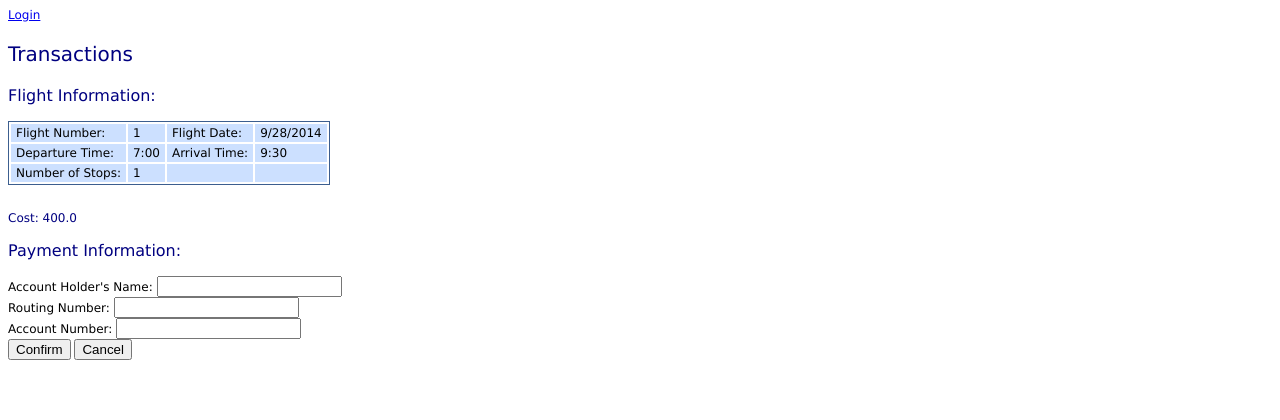
Repository: jliu9000/CSE-464---Flight-Pages
Page: http://localhost/HW1/Transaction.jsp
The author's editor kept a copy of each file at every save. The page is drawn from the files as they stood at one save, then again after the next save.
The browser window is 1280 px wide. The pictures show the whole page.
The page is served by Tomcat 9. Other server files are loaded and not shown.

Above is the page before, as saved 2014-09-21 09:20:07.

### HW1/WebContent/Transaction.jsp
<%@ page language="java" contentType="text/html; charset=ISO-8859-1"
    pageEncoding="ISO-8859-1"%>
<!DOCTYPE html PUBLIC "-//W3C//DTD HTML 4.01 Transitional//EN" "http://www.w3.org/TR/html4/loose.dtd">
<html>
<head>
<%@ page import="flight.bizlogic.*"%>
<meta http-equiv="Content-Type" content="text/html; charset=ISO-8859-1">
<link rel="stylesheet" type="text/css" href="FlightStyles.css">
<title>Transaction</title>
</head>

<body>

<a id="login" href="/login.jsp">
<%=session.getAttribute("nUserID") != null ? "Logout" : "Login"%>
</a>

<%
	RecordFactory records = new RecordFactory(1);
	FlightRecord r = records.TestRecord();
%>

<p class='PageTitle'>Transactions</p>
<p class='subheading'>Flight Information:</p>
<table>
	<tr>
		<td>Flight Number: </td><td><%=r.getID() %></td>
		<td>Flight Date: </td><td><%=r.getDateOfTravel() %></td>
	</tr>
	<tr>
		<td>Departure Time:</td><td><%=r.getDepartureTime() %></td>
		<td>Arrival Time:</td><td><%=r.getArrivalTime() %></td>
	</tr>
	<tr>
		<td>Number of Stops:</td><td><%=r.getNumberOfStops() %></td>
		<td></td><td></td>
	</tr>
</table>
<br>
<p>Cost: <%=r.getCost() %></p>

<p class='subheading'>Payment Information:</p>


<div>
	<form action='TransactionConfirmation.jsp' method=post>
		Account Holder's Name: <input type="text" name="sAcctName">
		<br>
		Routing Number: <input type="text" name="nRoutingNumber">
		<br>
		Account Number: <input type="text" name="nAccountNumber">
		<br>
		<input type="submit" value="Confirm"></input>
		<a href="FlightSearch.jsp"><button>Cancel</button></a>
	</form>

</div>






</body>





</html>

### HW1/src/flight/bizlogic/RecordFactory.java
package flight.bizlogic;
import java.util.ArrayList;



public class RecordFactory {
	//Master list
	private ArrayList<FlightRecord> oRecordsList;
	private int nTotalRecords;

	//Lists for record generation
	private String sListOfLocations[] = {"New York City, New York","Dallas, Texas","Sacramento, California",
			"Chicago, Illinois","Lincoln, Nebraska","Denver, Colorado","Atlanta, Georgia"};
	private int sListOfYears[] ={2014,2015,2016};
	private String sListOfClass[] ={"First Class", "Business", "Economy"};

	//Static test record
	private FlightRecord _oTestRecord = new FlightRecord(1, "Lincoln, NE", "Baltimore, MD", "9/28/2014", 52, "First Class",
			"7:00", "9:30", 1, 400.00);

	public RecordFactory(int nTotalRecords){

		//use nTotalRecords <= 0 for a random number of 1 to 50 records
		if (nTotalRecords <= 0){
			this.nTotalRecords = (int) Math.round(Math.random() * 49) + 1;
		}else{
			this.nTotalRecords = nTotalRecords;
		}

		oRecordsList = new ArrayList<FlightRecord>();

	}

	public void generateRecords(){

		for (int i = 0; i<= nTotalRecords; i++){
			oRecordsList.add(getSingleRecord());
		}

	}

	public FlightRecord getSingleRecord(){
		String sFormatedMonth;
		int nYear, nMonth, nDay, nSeats, nClass, nSource, nDestination, nID;

		nMonth = (int) Math.round(Math.random() * 12);
		nDay = (int) Math.round(Math.random() * 28);
		nYear = (int) Math.round(Math.random() * 2);
		sFormatedMonth = nMonth + "/" +nDay +"/" +sListOfYears[nYear];

		nSeats = (int) Math.round(Math.random() * 100);
		nClass = (int) Math.round(Math.random()*2);
		nSource = (int) Math.round(Math.random()*6);
		nDestination = (int) Math.round(Math.random() * 6);
		//destination cannot equal source
		while (nDestination == nSource){
			nDestination = (int) Math.round(Math.random() * 6);
		}

		return new FlightRecord(sListOfLocations[nSource], sListOfLocations[nDestination], sFormatedMonth, nSeats, sListOfClass[nClass]);

	}





	public String toHTMLTableRow(int nRow){
		FlightRecord r;
		String sHTMLRow;
		if (nRow < oRecordsList.size()){
			r = oRecordsList.get(nRow);
		}else{
			return "";
		}

		sHTMLRow = "<td>" +r.getID() +"</td>";
		sHTMLRow += "<td>" +r.getDateOfTravel() +"</td>";
		sHTMLRow += "<td>" +r.getDepartureTime() +"</td>";
		sHTMLRow += "<td>" +r.getArrivalTime() +"</td>";
		sHTMLRow += "<td>" +r.getNumberOfStops() +"</td>";
		sHTMLRow += "<td>" +r.getCost() +"</td>";

		return sHTMLRow;
	}

	public FlightRecord TestRecord() {
		return _oTestRecord;
	}

	public int TotalRecords(){
		return nTotalRecords;

	}
}

### HW1/src/flight/bizlogic/FlightRecord.java
package flight.bizlogic;

public class FlightRecord {
	private String sSource;
	private String sDestination;
	private String sDateOfTravel;
	private String sClass;
	private int nSeats;

	private String sDepartureTime;
	private String sArrivalTime;
	private int nNumberOfStops;
	private double dCost;
	private int nID;


	public FlightRecord(String sSource, String sDestination, String sDateOfTravel, int nSeats,
			String sClass){
		this.sSource = sSource;
		this.sDestination = sDestination;
		this.sDateOfTravel = sDateOfTravel;
		this.nSeats = nSeats;
		this.sClass = sClass;
		fillRecord();
	}

	public FlightRecord(int nID, String sSource, String sDestination, String sDateOfTravel, int nSeats,
			String sClass, String sDepartureTime, String sArrivalTime, int nNumberOfStops, double dCost){
		this.nID = nID;
		this.sSource = sSource;
		this.sDestination = sDestination;
		this.sDateOfTravel = sDateOfTravel;
		this.nSeats = nSeats;
		this.sClass = sClass;
		this.sDepartureTime = sDepartureTime;
		this.sArrivalTime = sArrivalTime;
		this.nNumberOfStops = nNumberOfStops;
		this.dCost = dCost;

	}


	//fill missing fields w/ random numbers
	private void fillRecord(){
		int nHour, nMin;
		nID = (int) Math.round(Math.random()*1000);
		nHour = (int) Math.round(Math.random() * 11) + 1;
		nMin = (int) Math.round(Math.random() * 60);
		sDepartureTime =  nHour +":" +nMin;
		nHour = (int) Math.round(Math.random() * 11) + 1;
		nMin = (int) Math.round(Math.random() * 60);
		sArrivalTime =  nHour +":" +nMin;
		nNumberOfStops = (int) Math.round(Math.random() * 4);
		dCost =  Math.round(Math.random() * 1000) + 50;

	}



	public String getDepartureTime() {
		return sDepartureTime;
	}


	public String getArrivalTime() {
		return sArrivalTime;
	}


	public int getNumberOfStops() {
		return nNumberOfStops;
	}


	public double getCost() {
		return dCost;
	}


	public int getID() {
		return nID;
	}



	public String getSource() {
		return sSource;
	}

	public String getDestination() {
		return sDestination;
	}

	public String getDateOfTravel() {
		return sDateOfTravel;
	}

	public String getFlightClass() {
		return sClass;
	}

	public int getSeats() {
		return nSeats;
	}






}

### HW1/WebContent/FlightStyles.css
@CHARSET "ISO-8859-1";

body {
	font-family: "Verdana";
	font-size:12px;

}

p {
    font-size: 12px;
    color: navy;
}

p.PageTitle {
    font-size: 20px;
    color: navy;
    font-style: bold;
}

p.subheading {
	font-size: 16px;

}

table {
   border: 1px solid #3C5E8F;

}

th {
	border: 1px solid #3C5E8F;
    background-color: #1975FF;
    color: white;
    padding: 4px;
    padding-left: 8px;
	padding-right: 8px;

}

tr {
	border: 1px solid #3C5E8F;
	background-color: #CCE0FF;

}

tr.alt {
	border: 1px solid #3C5E8F;
	background-color: #E6E6E6;

}

td {
	border: 0px;
	padding: 2px;
	padding-left: 5px;
	padding-right: 5px;
}

td.button{
	text-align: center;
}


#login {
    font-size:12px;
}

After the next save:
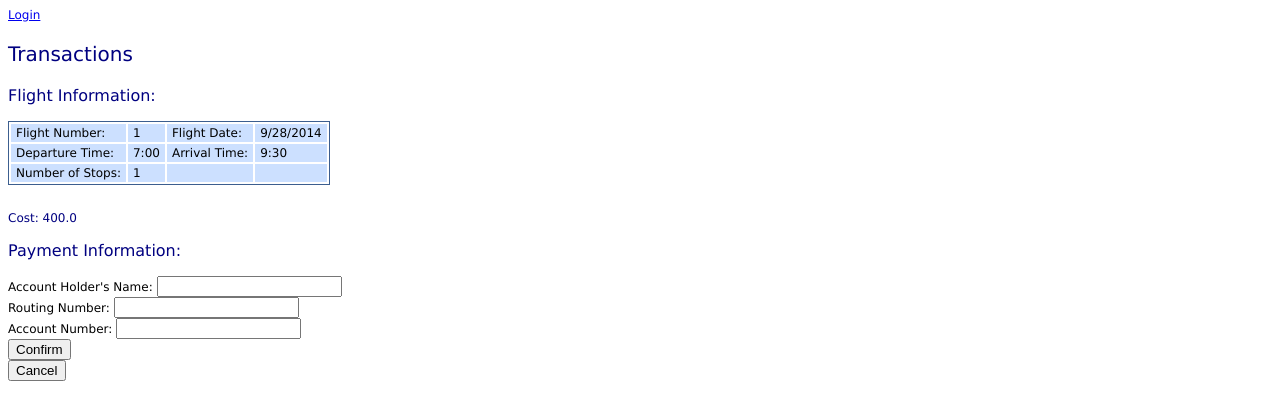
Saved 23 s later.
--- a/HW1/WebContent/Transaction.jsp
+++ b/HW1/WebContent/Transaction.jsp
@@ -51,8 +51,8 @@
 		Account Number: <input type="text" name="nAccountNumber">
 		<br>
 		<input type="submit" value="Confirm"></input>
-		<a href="FlightSearch.jsp"><button>Cancel</button></a>
 	</form>
+	<a href="FlightSearch.jsp"><button>Cancel</button></a>
 
 </div>
 
